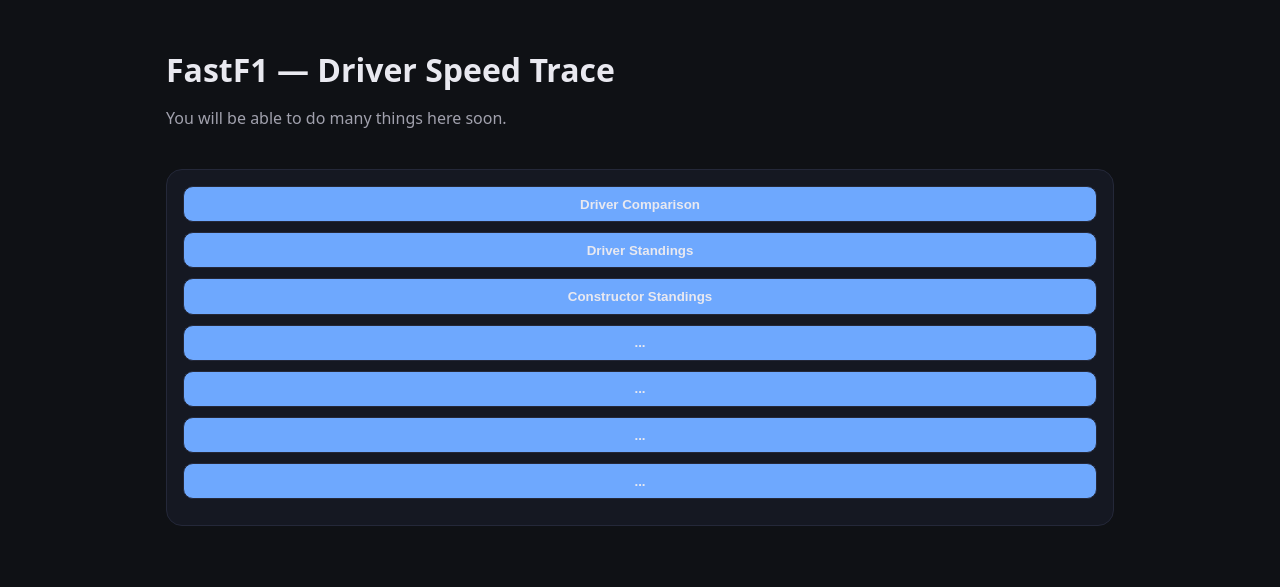
Repository: gqnsptaa/fastf1_web_preview
Page: http://localhost/menu
The author's editor kept a copy of each file at every save. The page is drawn from the files as they stood at one save, then again after the next save.
The browser window is 1280 px wide. The pictures show the whole page.
The page is served by the project's application, run on Flask 3 (app.py).

Above is the page before, as saved 2025-09-22 16:58:29.

After the next save:
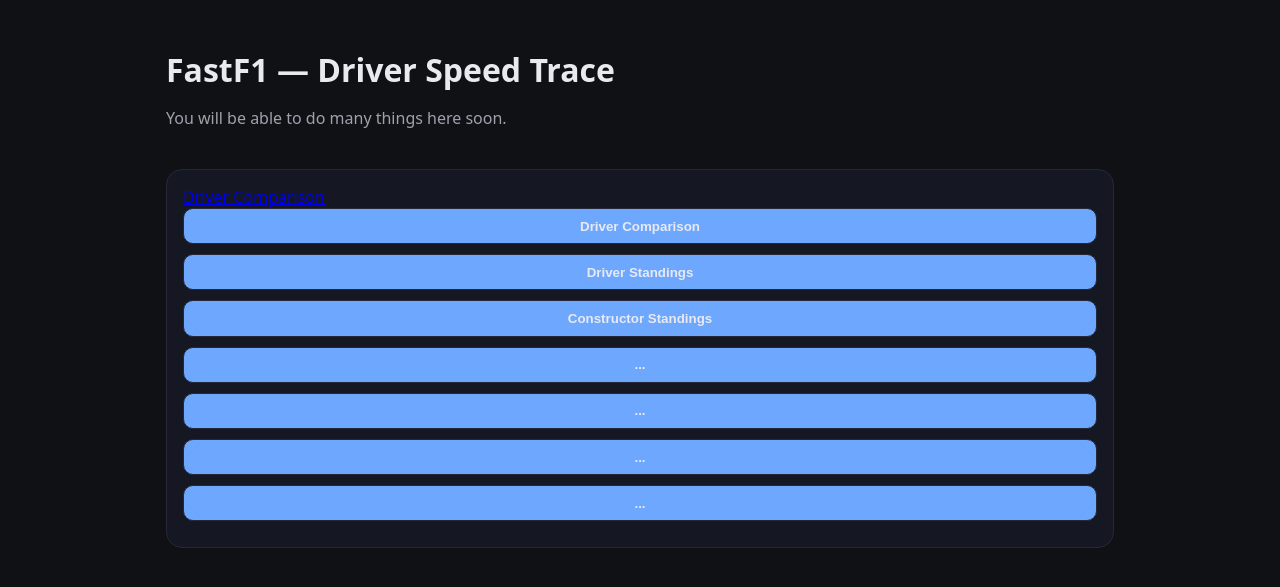
Saved 6 s later.
--- a/templates/menu.html
+++ b/templates/menu.html
@@ -17,7 +17,9 @@
       </header>
       <div class="card">
         <div class="full">
-
+          <a class="menu-btn" href="{{ url_for('index') }}"
+            >Driver Comparison</a
+          >
           <button class="menu-btn" href="{{ url_for('index') }}">
             Driver Comparison
           </button>
